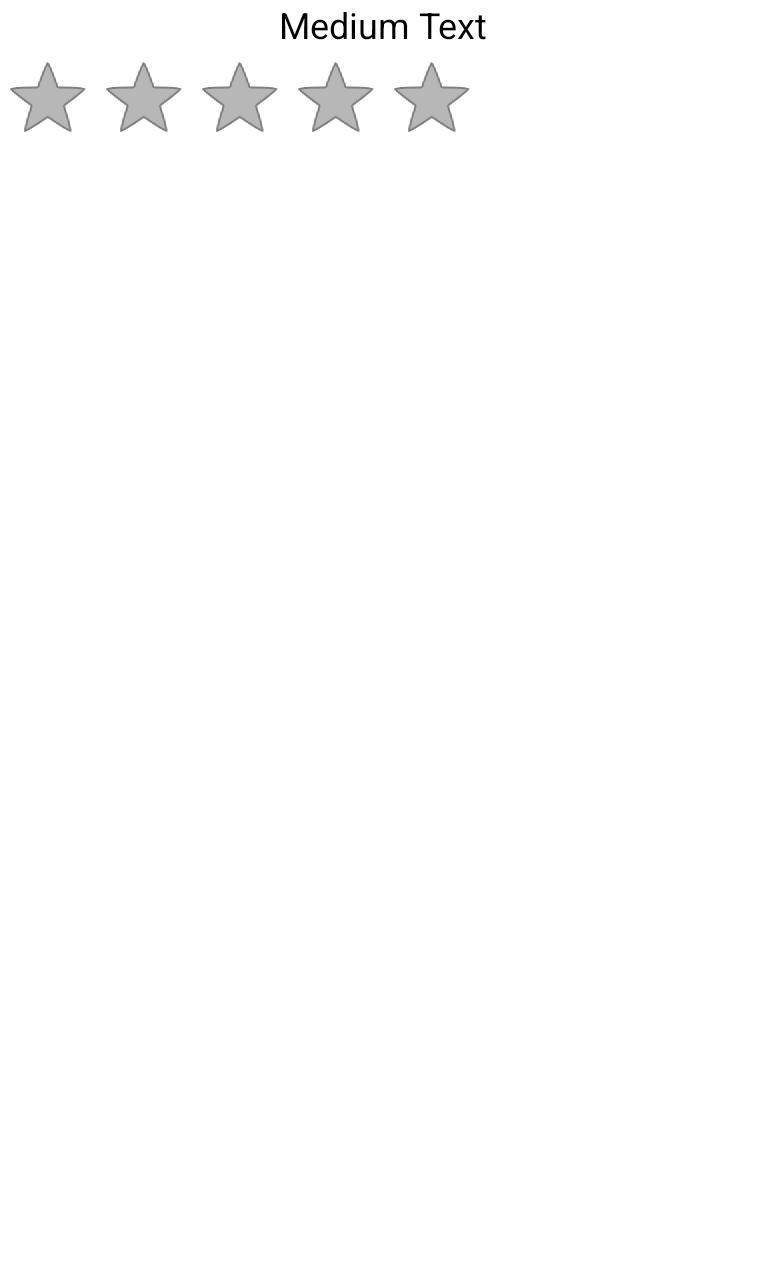
Repository: yash256/atnt
Layout: Farmdroid/res/layout/market_details.xml
These files come from the project's save history. The layout is drawn as it stood at one moment and after the next save; the edit follows.
It is drawn on a 768 x 1280 px phone screen (xhdpi) without system bars, with theme AppTheme; the app's code is not run.

Above is the layout before, as saved 2014-10-26 20:35:54.

After the next save:
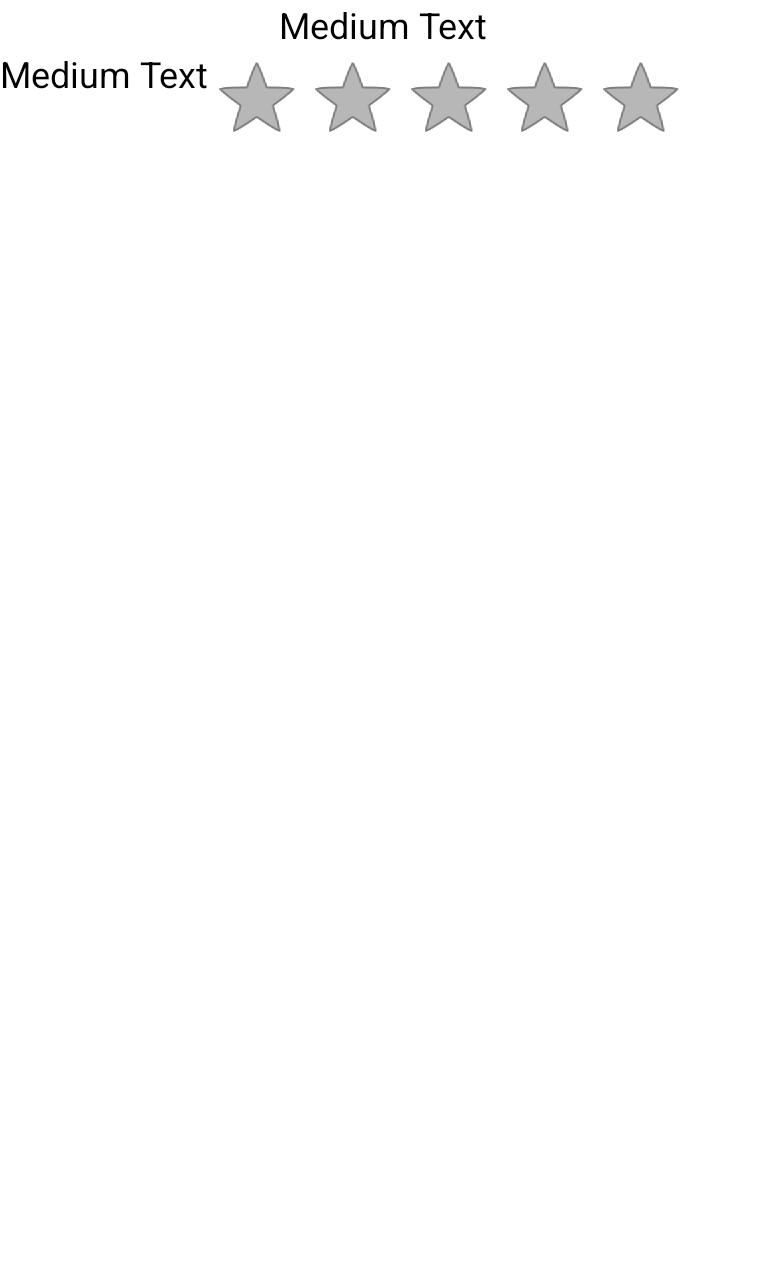
Saved 29 s later.
--- a/Farmdroid/res/layout/market_details.xml
+++ b/Farmdroid/res/layout/market_details.xml
@@ -22,6 +22,8 @@
 
 	<TextView
 	    android:id="@+id/market_address"
+	    android:text="Medium Text"
+            android:textAppearance="?android:attr/textAppearanceMedium"
 	    />
 
 	<RatingBar
